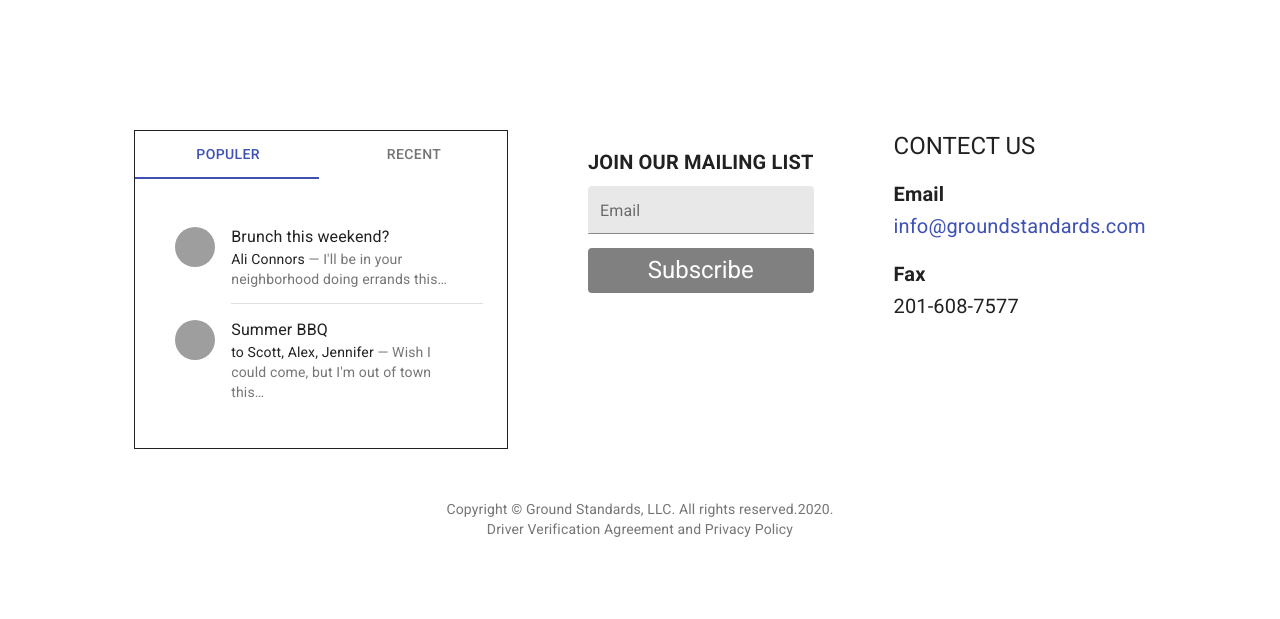
Repository: vinuvish/groundstandards_react
Page: /
These files come from the project's save history. The page is drawn as it stood at one moment and after the next save; the edit follows.
The browser window is 1280 px wide. The pictures show the part of the page from y = 3920 to 4539 px (the page is 4539 px tall).
Pictures or frames that could not be fetched are drawn as grey boxes. The page's requests for data from a server got no answer. The project was rebuilt for these pictures with package versions that can differ from the ones it lists, and the page was loaded fresh each time. No one was signed in, and anything a server would have sent is missing. Also part of the build but not shown: src/pages/app/NotFoundPage.tsx, src/pages/app/SignUpPage.tsx, src/pages/app/AboutPage.tsx, src/pages/app/OurSolutionPage.tsx, src/pages/app/OurPartnerPage.tsx, src/pages/app/ResourcePage.tsx, src/pages/app/PressPage.tsx, src/pages/app/BlockPage.tsx and 1 more. Imported but missing from the stored project, and not drawn on this page: src/assets/video/video-2.mp4.

Above is the page before, as saved 2020-11-28 13:42:09.

After the next save:
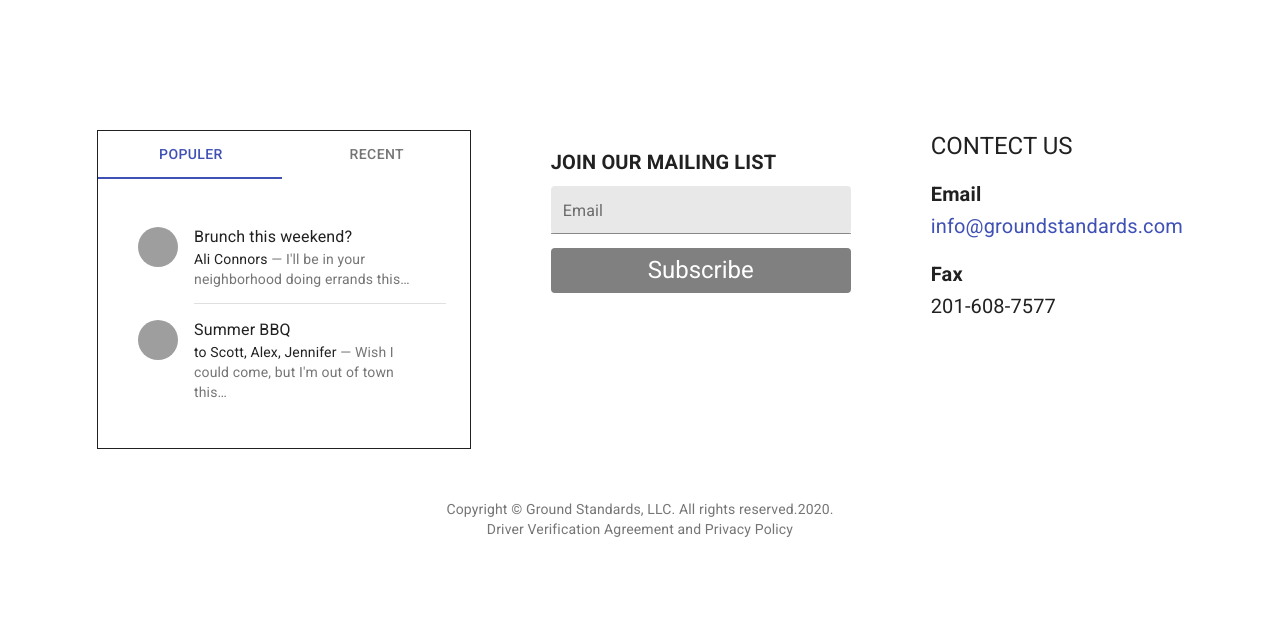
Saved 47 s later.
--- a/src/components/ZFooter.tsx
+++ b/src/components/ZFooter.tsx
@@ -69,6 +69,7 @@ export default function ZFooter() {
                         </Typography>
 
                         <ZTextFormField
+                            className={classes.textFormField}
                             variant='filled'
                             defaultValue={getValues().email}
                             error={errors.email}
@@ -149,7 +150,7 @@ const useStyles = makeStyles((theme) => ({
         border: 1,
         variant: "scrollable"
     },
-    emailSubscription: {
+    textFormField: {
         width: 300,
     },
     submitButton: {
